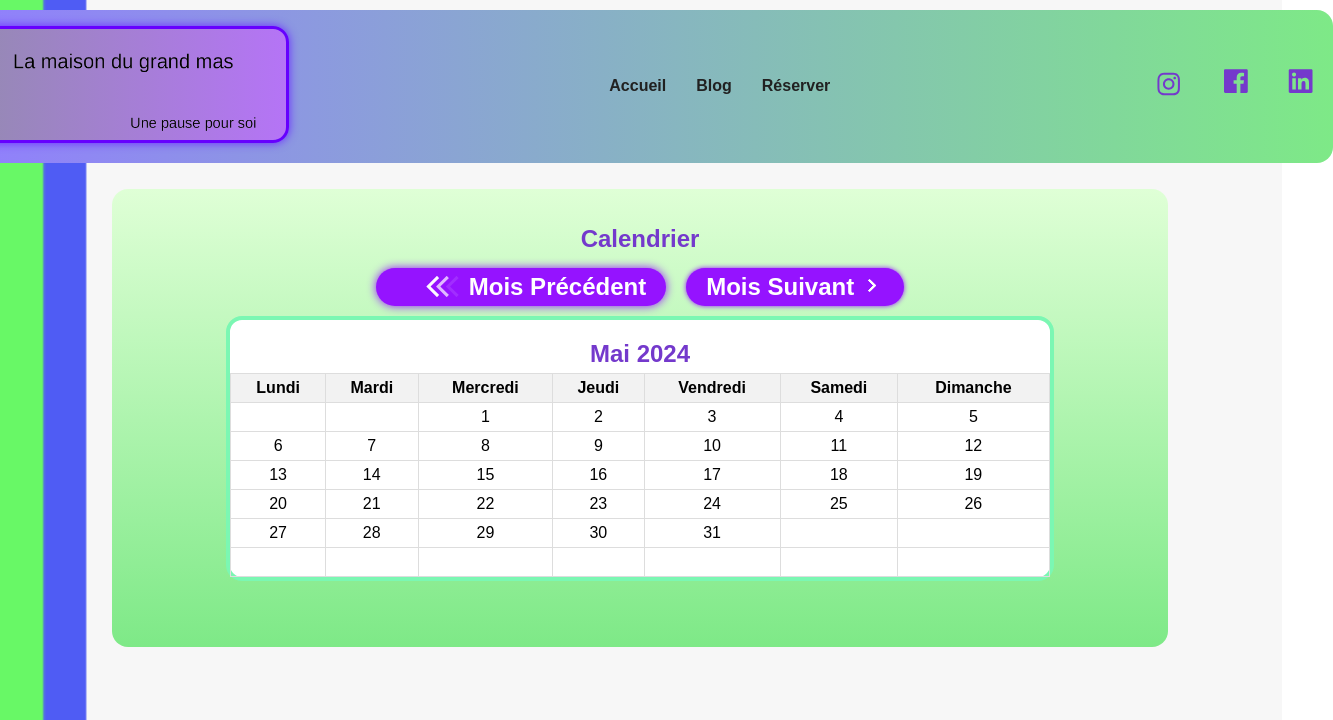
Repository: Crosnierpaul/Les_Rangers_de_Pouvoir
Page: http://localhost/entretien
The author's editor kept a copy of each file at every save. The page is drawn from the files as they stood at one save, then again after the next save.
The browser window is 1280 px wide. The page is 1333 px wide, so the pictures cover 1333 px, including what lies to the right of the window. The pictures show the whole page.
The pointer rests on the first visible `.btn-contentleft`.
The page is served by the project's Node server (site/server.js).

Above is the page before, as saved 2024-05-07 10:29:52.

After the next save:
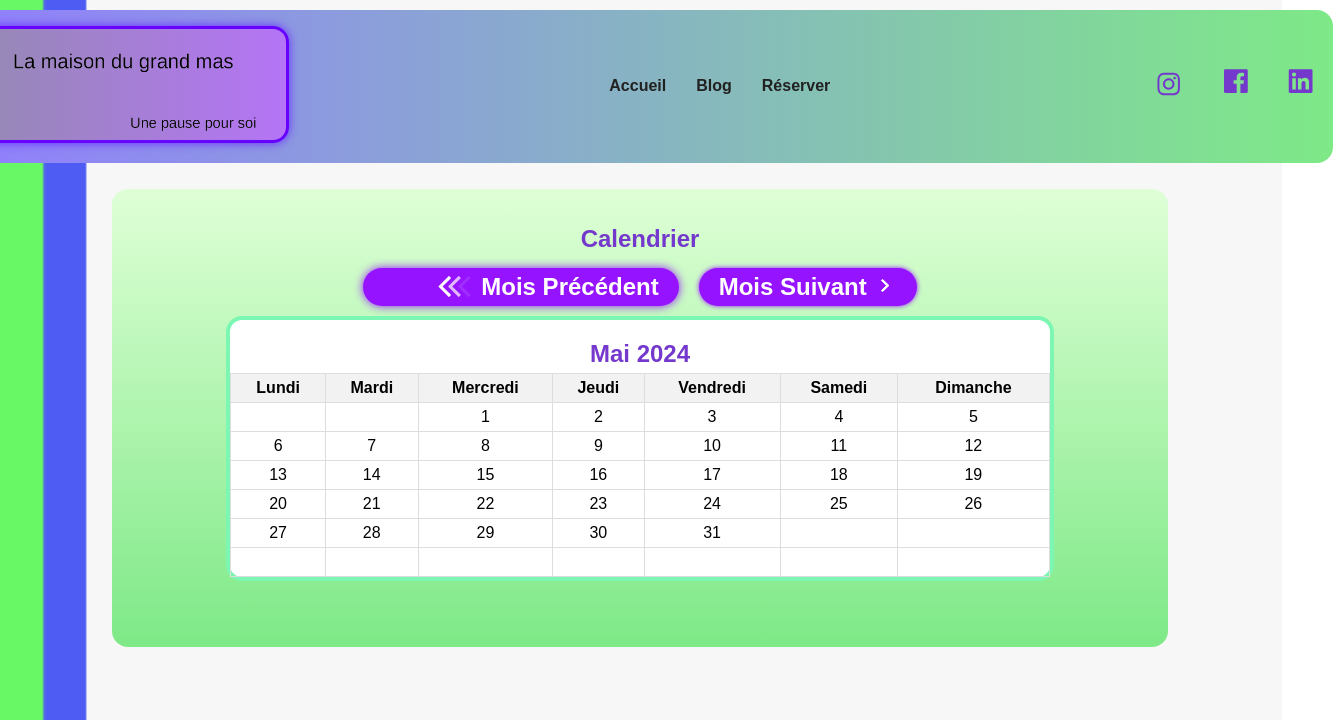
Saved 12 s later.
--- a/site/public/css/entretien.css
+++ b/site/public/css/entretien.css
@@ -174,8 +174,7 @@
 
   .btn-contentleft:hover .icon-arrowleft {
     transition: 0.5s;
-    margin-left: 0px; /* Changer margin-left */
-    transform: scale(0.6);
+    margin-left: 25px; /* Changer margin-left */
   }
 
   .icon-arrowleft {
